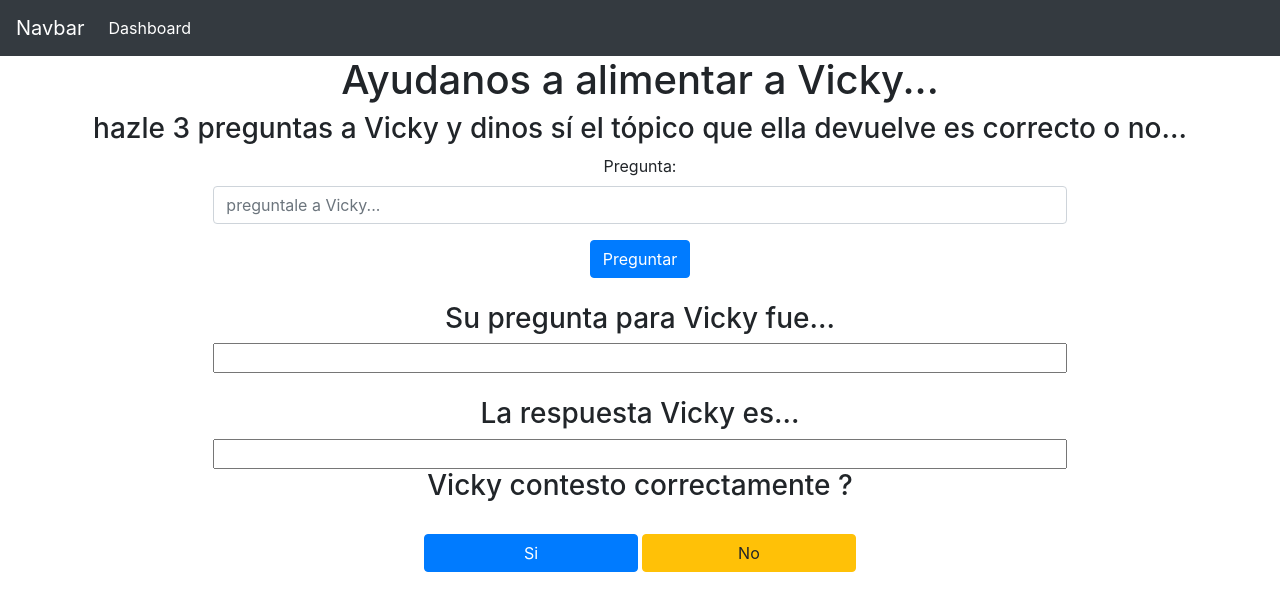
Repository: Crixtiancub/feedback_Vicky
Page: http://localhost/
The author's editor kept a copy of each file at every save. The page is drawn from the files as they stood at one save, then again after the next save.
The browser window is 1280 px wide. The pictures show the whole page.
The page is served by the project's application, run on Django 3.2 (manage.py). Other server files are loaded and not shown.

Above is the page before, as saved 2021-05-11 08:50:06.

### vicky/templates/dashboard.html
{% extends 'main.html' %}

{% block content %}

<center>
    <h1>Ayudanos a alimentar a Vicky...</h1>

    <h3>hazle {{ num_visits }} {%if num_visits == 1%} pregunta{% else %}
        preguntas{% endif %}  a Vicky y dinos sí el tópico que ella
        devuelve es correcto o no...</h3>

    <form id="preguntar_Vicky" action="{% url 'home' %}" method="POST">
        {% csrf_token%}

        <div class="form-group">
            <label for="txt_pregunta_Vicky">Pregunta:</label><br>

            <input type="text" id="txt_pregunta_Vicky"
            name="pregunta_Vicky" v-model="pregunta" class="col-sm-8 form-control"
            placeholder="preguntale a Vicky..." required>
        </div>

        <!-- <p v-if="errors.length">
            <b>Por favor, corrija el(los) siguiente(s) error(es):</b>
            <ul>
              <li v-for="error in errors">{{ error }}</li>
            </ul>
        </p> -->

        <input type="submit" id="preguntar" class="btn btn-primary" value="Preguntar">
    </form>

    <br>

    <div id="target" v-if="checkForm">
        <form method="POST">
            {% csrf_token%}

            <h3>Su pregunta para Vicky fue...</h3>
            <input type="text" aling="center" class="col-sm-8" readonly name="retorno_Pregunta" value="{{ pregunta }}" >
            <br>
            <br>

            <h3>La respuesta Vicky es...</h3>
            <input type="text" aling="center" class="col-sm-8" readonly name="retorno_Respuesta" value="{{ respuesta }}">
            <br>

            <h3>Vicky contesto correctamente ?</h3>
            <br>

            <input type="submit" class="col-sm-2 btn btn-primary" id="responder_Si" value="Si" name="Si" >
            <input type="submit" class="col-sm-2 btn btn-warning" id="responder_No" value="No" name="No" >
        </form>
    </div>

</center>

<script>

    // window.onbeforeunload = function(event) {
    //     event.preventDefault();
    //     return false;
    // }

    // const app = new Vue({
    //     el: '#preguntar_Vicky',
    //     data: {
    //         errors: [],
    //         pregunta: null,
    //         view: null
    //     },
    //     methods:{
    //         checkForm: function (e) {

    //             if (this.pregunta) {
    //                 return true;
    //             }

    //             this.errors = [];

    //             if (!this.pregunta) {
    //                 this.errors.push('Por favor, realice una pregunta.');
    //                 return false
    //             }

    //             e.preventDefault();
    //         }
    //     }
    // })

	$(document).ready(function(){
        $("#preguntar_Vicky").on("click", function()
            {
                $('#target').show();
            }
        );

		$("#responder_Si").on( "click", function()
        {
			$('#target').hide(); //oculto mediante id
		});

        $("#responder_No").on( "click", function()
        {
			$('#target').hide(); //oculto mediante id
		});
	});

</script>

{% endblock %}

### vicky/templates/main.html
<!DOCTYPE html>
 <!-- Latest compiled and minified CSS -->
 <link rel="stylesheet" href="https://maxcdn.bootstrapcdn.com/bootstrap/4.5.2/css/bootstrap.min.css">

 <!-- jQuery library -->
 <script src="https://ajax.googleapis.com/ajax/libs/jquery/3.5.1/jquery.min.js"></script>

 <!-- Popper JS -->
 <script src="https://cdnjs.cloudflare.com/ajax/libs/popper.js/1.16.0/umd/popper.min.js"></script>

 <!-- Latest compiled JavaScript -->
 <script src="https://maxcdn.bootstrapcdn.com/bootstrap/4.5.2/js/bootstrap.min.js"></script>

<!-- versión de desarrollo, incluye advertencias de ayuda en la consola -->
<script src="https://unpkg.com/vue"></script>

<html>
    <head>
        <title>
            Prueba1
        </title>
    </head>
    <body>
        {% include 'navbar.html' %}

        {% block content %}

        {% endblock %}
    </body>
</html>

### vicky/templates/navbar.html
 <nav class="navbar navbar-expand-lg navbar-dark bg-dark">
    <a class="navbar-brand" href="#">Navbar</a>
    <button class="navbar-toggler" type="button" data-toggle="collapse" data-target="#navbarSupportedContent" aria-controls="navbarSupportedContent" aria-expanded="false" aria-label="Toggle navigation">
      <span class="navbar-toggler-icon"></span>
    </button>

    <div class="collapse navbar-collapse" id="navbarSupportedContent">
      <ul class="navbar-nav mr-auto">
        <li class="nav-item active">
          <a class="nav-link" href="{% url 'home' %}" disabled="true">Dashboard</a>
        </li>
        <!-- <li class="nav-item dropdown">
          <a class="nav-link dropdown-toggle" href="#" id="navbarDropdown" role="button" data-toggle="dropdown" aria-haspopup="true" aria-expanded="false">
            Dropdown
          </a>
          <div class="dropdown-menu" aria-labelledby="navbarDropdown">
            <a class="dropdown-item" href="#">Action</a>
            <a class="dropdown-item" href="#">Another action</a>
            <div class="dropdown-divider"></div>
            <a class="dropdown-item" href="#">Something else here</a>
          </div>
        </li>
        <li class="nav-item">
          <a class="nav-link disabled" href="#">Disabled</a>
        </li>
      </ul>
      <form class="form-inline my-2 my-lg-0">
        <input class="form-control mr-sm-2" type="search" placeholder="Search" aria-label="Search">
        <button class="btn btn-outline-success my-2 my-sm-0" type="submit">Search</button>
      </form> -->
    </div>
  </nav>

### vicky/views.py
from django.shortcuts import render, redirect
import os
from modelo_IA.archivos_Python.pipeline import Pipeline
from vicky import templates
from .models import *
from django.template.response import TemplateResponse

model = Pipeline()

# Create your views here.

def home(request):

    num_visits = request.session.get('num_visits', 3)

    if num_visits == 0:
        request.session['num_visits'] = 3

        # pregunta = str(request.POST.get('retorno_Pregunta'))
        # respuesta = str(request.POST.get('retorno_Respuesta'))

        pregunta = str(request.POST.get('pregunta_Vicky'))
        respuesta = model.run_model(pregunta)

        # if 'Si' in request.POST:
        #     acierto = str(request.POST.get('Si'))
        # else:
        #     acierto = str(request.POST.get('No'))

        # envio_Pregunta = preguntas_Vicky(
        #     pregunta=pregunta,
        #     respuesta=respuesta,
        #     acierto= acierto
        #     )

        # envio_Pregunta.save()

        # return redirect(noVisitas)

        context = {
            "pregunta":pregunta,
            "respuesta":respuesta,
            'num_visits': num_visits,
        }

        return TemplateResponse(request, 'dashboard.html' , context)


    if request.POST:
        request.session['num_visits'] -= 1

        # pregunta = str(request.POST.get('retorno_Pregunta'))
        # respuesta = str(request.POST.get('retorno_Respuesta'))

        pregunta = str(request.POST.get('pregunta_Vicky'))
        respuesta = model.run_model(pregunta)

        # if 'Si' in request.POST:
        #     acierto = str(request.POST.get('Si'))
        # else:
        #     acierto = str(request.POST.get('No'))

        # envio_Pregunta = preguntas_Vicky(
        #     pregunta=pregunta,
        #     respuesta=respuesta,
        #     acierto= acierto
        #     )
        # envio_Pregunta.save()

        context = {
            "pregunta":pregunta,
            "respuesta":respuesta,
            'num_visits': num_visits,
        }

        return TemplateResponse(request, 'dashboard.html' , context)
    else:
        contexto = {
            'num_visits': num_visits,
        }

        return render(request, 'dashboard.html', contexto)


def noVisitas(request):
    return render(request, 'noVisitas.html')

def respuesta_Vicky(request):
    pregunta = str(request.POST['pregunta_Vicky'])
    respuesta = model.run_model(pregunta)
    context = {
        "pregunta":pregunta,
        "respuesta":respuesta
    }
    return render(request, 'respuesta_Vicky.html', context)

### prueba_Vicky/urls.py
"""prueba_Vicky URL Configuration

The `urlpatterns` list routes URLs to views. For more information please see:
    https://docs.djangoproject.com/en/3.2/topics/http/urls/
Examples:
Function views
    1. Add an import:  from my_app import views
    2. Add a URL to urlpatterns:  path('', views.home, name='home')
Class-based views
    1. Add an import:  from other_app.views import Home
    2. Add a URL to urlpatterns:  path('', Home.as_view(), name='home')
Including another URLconf
    1. Import the include() function: from django.urls import include, path
    2. Add a URL to urlpatterns:  path('blog/', include('blog.urls'))
"""
from django.contrib import admin
from django.urls import path, include

urlpatterns = [
    path('admin/', admin.site.urls),
    path('', include('vicky.urls'))
]

### vicky/urls.py
from django.urls import path
from . import views


# Direccionamiento de las paginas
urlpatterns = [
    path(r'', views.home, name='home'),
    path(r'noVisitas/', views.noVisitas, name="noVisitas"),
    path(r'respuesta_Vicky/', views.respuesta_Vicky, name='respuesta_Vicky')
]

After the next save:
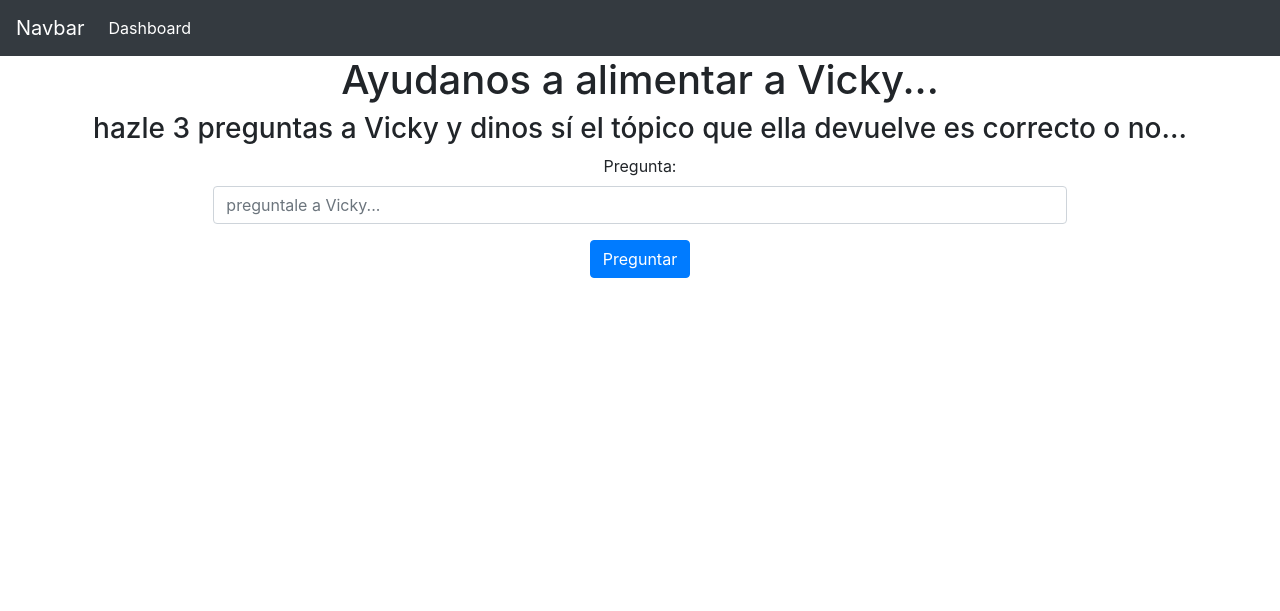
Saved 28 min 53 s later.
--- a/vicky/templates/dashboard.html
+++ b/vicky/templates/dashboard.html
@@ -32,7 +32,7 @@
 
     <br>
 
-    <div id="target" v-if="checkForm">
+    <div id="target" style="display: none;">
         <form method="POST">
             {% csrf_token%}
 
